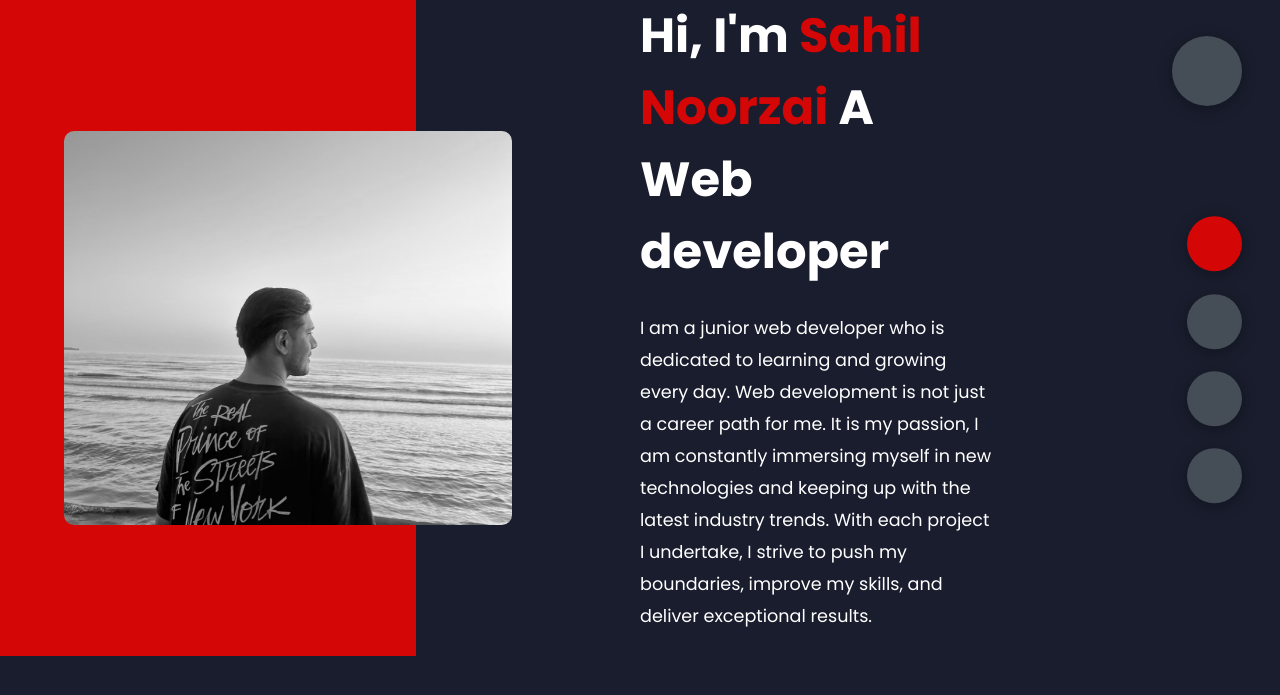
Repository: nftGambler/noorzai-portfolio
Page: index.html
The author's editor kept a copy of each file at every save. The page is drawn from the files as they stood at one save, then again after the next save.
The browser window is 1280 px wide. The pictures show the whole page.
The style sheet was rebuilt from its Sass, Less or Tailwind sources for each picture, by a compiler version that may differ from the author's.

Above is the page before, as saved 2023-11-23 21:20:26.

### index.html
<!DOCTYPE html>
<html lang="en">
<head>

  <meta name="viewport" content="width=device-width, initial-scale=1">
  <link rel="stylesheet" href="/style/styles.css">
  <link rel="preconnect" href="https://fonts.googleapis.com">
  <link rel="preconnect" href="https://fonts.gstatic.com" crossorigin>
  <link href="https://fonts.googleapis.com/css2?family=Poppins:wght@400;500;600;700;800&display=swap" rel="stylesheet">
  <meta charset="UTF-8">
  <meta http-equiv="X-UA-Compatible" content="IE=edge">
  <meta name="viewport" content="width=device-width, initial-scale=1.0">
  <title>Portfolio</title>
</head>
<body class="main-content">

<header class="section sec1 header active" id="home">
  <div class="header-content">
    <div class="left-header">
      <div class="h-shape"></div>
      <div class="image">
        <img src="/images/D34CA683-6714-454B-97C2-18B314A18C3F_1_105_c.jpeg">
      </div>


    </div>
    <div class="right-header">
  <h1 class="name">Hi, I'm <span>Sahil Noorzai</span> A Web developer</h1>
  <p>
    I am a junior web developer who is dedicated to learning and growing
    every day. Web development is not just a career path for me. It is my passion, I am constantly
    immersing myself in new technologies and keeping up with the latest industry trends.
    With each project I undertake, I strive to push my boundaries, improve my skills, and deliver exceptional results.
  </p>

    </div>
  </div>

</header>

<main>
  <section class="section sec2 about" id="about">

    <div class="main-title">
        <h2>About <span>me</span> <span class="bg-text"></span></h2>
    </div>

    <div class="about-container">
      <div class="left-about">
        <h4>Information About me</h4>
        <p>
          As a passionate front-end developer, I have embarked on an inspiring self-taught
          journey for the past 1.5 years. Motivated by deep curiosity for web development and a desire
          to expand my skillset, I have dedicated countless hours to honing my craft independently. Throughout this time,
          I have proactively sought out a diverse range of resources, online tutorials, and coding communities, which have played
          a pivotal role in shaping my expertise. From humble beginnings to successfully completing numerouse personal projects, each step
          of this transformative journey has reinforced my adaptabillity, resourcefulness, and unwavering commitment to excellence in front-end development.
        </p>

        <div class="btn-con">

        </div>

      </div>

      <div class="right-about">
        <div class="about-item">
          <div class="abt-text">
            <p class="large-text">Javascript</p>

          </div>
        </div>
        <div class="about-item">
          <div class="abt-text">
            <p class="large-text">React JS</p>

          </div>
        </div>
        <div class="about-item">
          <div class="abt-text">
            <p class="large-text">HTML/HTML5</p>

          </div>
        </div>
        <div class="about-item">
          <div class="abt-text">
            <p class="large-text">CSS/Tailwind-CSS</p>

          </div>
        </div>
      </div>

    </div>

    <div class="about-stats">
      <h4 class="stat-title">My Skills</h4>
  </section>


  <section class="section sec3 portfolio" id="portfolio">

  <div class="main-title">
      <h2>My <span>Portfolio</span><span class="bg-text"></span></h2>
  </div>
  <p class="port-text">
    Several hands-on projects from reputable online courses and tutorials.
  </p>

<div class="portfolios">



  <div class="portfolio-item">
    <div class="image">
      <img src="/images/pngwing.com-3.png" alt="">
    </div>
    <div class="hover-items">

      <h3>Project Source</h3>
      <div class="icons">
        <a class="icon" href="https://countriesrestapiproject.netlify.app" target="_blank">
          <i class="fab fa-github"></i>
        </a>
      </div>

    </div>


  </div>


  <div class="portfolio-item">
    <div class="image">
      <img src="/images/crypto.png" alt="">
    </div>
    <div class="hover-items">

      <h3>Project Source</h3>
      <div class="icons">
        <a class="icon" href="https://crypto-project-portfolio.netlify.app" target="_blank">
          <i class="fab fa-github"></i>
        </a>
      </div>

    </div>


  </div>





  <div class="portfolio-item">
    <div class="image">
      <img src="/images/6831872.png" alt="">
    </div>
    <div class="hover-items">

      <h3>Project Source</h3>
      <div class="icons">
        <a class="icon" href="https://nftgambler.github.io/Game/" target="_blank">
          <i class="fab fa-github"></i>
        </a>
      </div>

    </div>


  </div>


  <div class="portfolio-item">
    <div class="image">
      <img src="/images/pngwing.com (1).png" alt="">
    </div>
    <div class="hover-items">

      <h3>Project Source</h3>
      <div class="icons">
        <a class="icon" href="https://amazon-portfolio-project.netlify.app/" target="_blank">
          <i class="fab fa-github"></i>
        </a>
      </div>

    </div>


  </div>


  <div class="portfolio-item">
    <div class="image">
      <img src="/images/youtube-logo-png-2067.png" alt="">
    </div>
    <div class="hover-items">

      <h3>Project Source</h3>
      <div class="icons">
        <a class="icon" href="https://youtube-portfolio-project.netlify.app" target="_blank">
          <i class="fab fa-github"></i>
        </a>
      </div>

    </div>


  </div>




  <div class="portfolio-item">
    <div class="image">
      <img src="/images/icons8-pair-app-500.png" alt="">
    </div>
    <div class="hover-items">

      <h3>Project Source</h3>
      <div class="icons">
        <a class="icon" href="https://small-api-project.netlify.app" target="_blank">
          <i class="fab fa-github"></i>
        </a>
      </div>

    </div>


  </div>
</div>


  </section>


  <section class="section sec5 contacts" id="contact">

    <div class="contact-container">
      <div class="main-title">
        <h2>Contact<span>Me</span><span class="bg-text"></span></h2>
      </div>
      <div class="contact-content-container">
        <div class="left-contact">

          <div class="contact-info">
            <div class="contact-item">
              <div class="icon">
                <i class="fas fa-envelope"></i>
                <span>Email</span>
              </div>
              <p>
                <span>sharo.s.n@hotmail.com</span>
              </p>
            </div>

            <div class="contact-item">
              <div class="icon">
                <i class="fas fa-user-graduate"></i>
                <span>Mobile Number</span>
              </div>
              <p>
                <span>438-528-6982</span>
              </p>
            </div>


            <div class="contact-item">
              <div class="icon">
                <i class="fas fa-map-marker-alt"></i>
                <span>Location</span>
              </div>
              <p>
                <span>
                  Montreal, Canada
                </span>
              </p>
            </div>


            <div class="contact-item">
              <div class="icon">
                <i class="fa-solid fa-globe"></i>
                <span>Languages</span>
              </div>
              <p>
                <span>
                  German, Persian, English
                </span>
              </p>
            </div>
          </div>



        </div>



          <div class="right-contact">

            <form action="mailto:sharo.s.n@hotmail.com" method="post" enctype="text/plain">
              <div class="form-group">
                <label for="name">Name:</label>
                <input class="input-control" type="text" id="name" name="name" required>
              </div>
              <div class="form-group">
                <label for="email">Email:</label>
                <input class="input-control" type="email" id="email" name="email" required>
              </div>
              <div class="form-group">
                <label for="message">Message:</label>
                <textarea class="input-control" id="message" name="message" rows="4" required></textarea>
              </div>
              <button class="submit-btn" type="submit">Send</button>
            </form>
          </div>




      </div>

    </div>

  </section>


</main>


<div class="controlls">
  <div class="control control-1 active-btn" data-id="home">
    <i class="fas fa-house"></i>
  </div>
  <div class="control control-2" data-id="about">
    <i class="fas fa-user"></i>
  </div>
  <div class="control control-3" data-id="portfolio">
    <i class="fas fa-briefcase"></i>
  </div>
  <div class="control control-5" data-id="contact">
    <i class="fas fa-envelope-open"></i>
  </div>
</div>

<div class="theme-btn">
  <i class="fas fa-adjust"></i>
</div>




<script src="/app.js"></script>
</body>
</html>

### app.js
const sections = document.querySelectorAll(".section");
const sectBtns = document.querySelectorAll(".controlls");
const allSections = document.querySelectorAll(".main-content");

function PageTransition() {
  // Button click active class
  const sectBtn = document.querySelectorAll(".control");

  for (let i = 0; i < sectBtn.length; i++) {
    sectBtn[i].addEventListener('click', function(){
      let currentBtn = document.querySelector('.active-btn');
      if (currentBtn) {
        currentBtn.classList.remove('active-btn');
      }
      this.classList.add('active-btn');
    });

  }

  allSections.forEach((section) => {
    section.addEventListener('click', (e) => {
      const id = e.target.dataset.id;
      if (id) {
        sectBtns.forEach((btn) => {
          btn.classList.remove('active');
        });
        e.target.classList.add('active');

        sections.forEach((section) => {
          section.classList.remove('active');
        });
        const element = document.getElementById(id);
        element.classList.add('active');
      }
    });
  });
  //Toggle theme
  const themeBtn = document.querySelector('.theme-btn');
  themeBtn.addEventListener('click', () => {
    let element = document.body;
    element.classList.toggle('light-mode')
  })
}

PageTransition();

### style/styles.scss


* {
  margin: 0;
  padding: 0;
  box-sizing: border-box;
  list-style: none;
}


:root {
  --color-primary: #191d2d;
  --color-secondary: #d50606;
  --color-white: #FFFFFF;
  --color-black: #000;
  --color-grey0: #f8f8f8;
  --color-grey-1: #dbe1e8;
  --color-grey-2: #b2becd;
  --color-grey-3: #6c7983;
  --color-grey-4: #454e56;
  --color-grey-5: #2a2e35;
  --color-grey-6: #12181b;
  --br-sm-2: 14px;
  --box-shadow-1: 0 3px 15px rgba(0,0,0,.3)
}

.light-mode{
  --color-primary: white;
  --color-secondary: #d50606;
  --color-white: #454e56;
  --color-black: #000;
  --color-grey0: #f8f8f8;
  --color-grey-1: #454e56;
  --color-grey-2: #b2becd;
  --color-grey-3: #6c7983;
  --color-grey-4: rgb(135, 152, 172);
  --color-grey-5:  #b2becd;
  --color-grey-6: #12181b;
}



body {
  background-color: var(--color-primary);
  font-size: 1.1rem;
  font-family: 'Poppins', sans-serif;
  color: var(--color-white);
  transition: all .4s ease-in-out;
}

a{
  display: inline-block;
  text-decoration: none;
  color: inherit;
  font-family: inherit;
}

header {
  min-height: 100vh;
  color: var(--color-white);
  overflow: hidden;
}

section {
  min-height: 100vh;
  width: 100%;
  position: absolute;
  left: 0;
  top: 0;
  padding: 3rem 18rem;
}


.section{
  transform: translateY(-100);
  transition: all .4s ease-in-out;
  background-color: var(--color-primary);
}

.sec1{
  display: none;
  transform: translateY(0) scale(1);

}

.sec2{
  display: none;
  transform: translateY(0) scale(1);
}

.sec3{
  display: none;
  transform: translateY(0) scale(1);
}

.sec4{
  display: none;
  transform: translateY(0) scale(1);
}

.sec5{
  display: none;
  transform: translateY(0) scale(1);
}

.active{
  display: block;
  animation: scaleAnim 1s ease-in-out;
  @keyframes scaleAnim {
    0%{
      transform: translateY(-100%) scale(0)
    }

     100%{
      transform: translateY(0) scaleY(1);
     }

  }
}


//controls

.controlls{
  position: fixed;
  z-index: 10;
  top: 50%;
  right: 3%;
  display: flex;
  flex-direction: column;
  align-items: center;
  justify-content: center;
  transform: translateY(-50%);



  .active-btn{
    background-color: var(--color-secondary) !important;
    transition: all .4s ease-in-out;
    i{
      color: var(--color-white) !important;
    }
  }

  .control {
    padding: 1rem;
    cursor: pointer;
    background-color: var(--color-grey-4);
    width: 55px;
    height: 55px;
    border-radius: 50%;
    display: flex;
    justify-content: center;
    align-items: center;
    margin: .7rem 0;
    box-shadow: var(--box-shadow-1);
    i{
      font-size: 1.2rem;
      color: var(--color-grey-2);
      pointer-events: none;
    }
  }
}


.theme-btn{
top: 5%;
right: 3%;
width: 70px;
height: 70px;
border-radius: 50%;
background-color: var(--color-grey-4);
cursor: pointer;
position: fixed;
display: flex;
justify-content: center;
align-items: center;
box-shadow: 0 3px 15px rgba(0,0,0,.3);
transition: all .1s ease-in-out;
&:active{
  transform: translateY(-5px);
}
i{
  font-size: 1.4rem;
  color: var(--color-grey-2);
  pointer-events: none;
}
}




.header-content {
  display: grid;
  grid-template-columns: repeat(2, 1fr);
  min-height: 100%;
  .left-header {
    display: flex;
    align-items: center;
    position: relative;
    .h-shape {
      transition: all .4s ease-in-out;
      width: 65%;
      height: 100%;
      background-color: var(--color-secondary);
      position: absolute;
      left: 0;
      top: 0;
      z-index: -1;
      // clip-path: polygon(0 0, 56% 0, 76% 100%, 18% 100%);


    }
    .image {
      border: var(--br-sm-2);
      height: 60%;
      width: 70%;
      margin-left: 4rem;
      // background-color: var(--color-black);
      transition: all .4s ease-in-out;
      border-radius: 10px;
      img {
        width: 100%;
        height: 100%;
        object-fit: cover;
        transition: all .4s ease-in-out;
        border-radius: 10px;


        filter: grayscale(100%);
        &:hover {
          filter: grayscale(0);
        }
      }
    }
  }


  .right-header {
    display: flex;
    flex-direction: column;
    justify-content: center;
    padding-right: 18rem;
    .name {
      font-size: 3rem;

      span{
        color: var(--color-secondary);
      }
    }
    p{
      margin: 1.5rem 0;
      line-height: 2rem;
    }
  }
}



//About

.about-container{
  display: grid;
  grid-template-columns: repeat(2, 1fr);
  padding-top: 3.5rem;
  padding-bottom: 5rem;
  .right-about {
    display: grid;
    grid-template-columns: repeat(2, 1fr);
    grid-gap: 2rem;
    .about-item {
      border: 1px solid var(--color-grey-5);
      border-radius: 5px;
      transition: all .4s ease-in-out;
      box-shadow: 1px 2px 15px rgba(0,0,0,.1);
      &:hover {
        cursor: default;
        transform: translateY(-5px);
        border: 1px solid var(--color-secondary);
        box-shadow: 1px 2px 15px rgba(0,0,0,.32);

      }
      .abt-text{
        padding: 1.5rem;
        display: flex;
        flex-direction: column;
        .large-text{
          margin: auto;
          font-size: 2.5rem;
          font-weight: 700;
          color: var(--color-secondary);
        }
        .small-text{
          padding-left: 3rem;
          position: relative;
          text-transform: uppercase;
          font-size: 1.2rem;
          color: var(--color-grey-1);
          letter-spacing: 2px;
          &::before{
            content: '';
            position: absolute;
            left: 0;
            top: 15px;
            width: 2rem;
            height: 2px;
            background-color: var(--color-grey-5);
          }
        }
      }
    }
  }


  .left-about{
    padding-right: 5rem;
    p{
      line-height: 2rem;
      padding: 1rem;
      color: var(--color-grey-1);
    }
    h4{
      font-size: 2rem;
      text-transform: uppercase;
    }
  }
}


.stat-title {
  text-transform: uppercase;
  font-size: 1.4rem;
  text-align: center;
  padding: 3.5rem 0;
  position: relative;
  // gray line
  &::before{
    content: '';
    position: absolute;
    left: 50%;
    top: 0;
    width: 40%;
    height: 1px;
    background-color: var(--color-grey-5);
    transform: translateX(-50%);
  }
}







//Contact section

.contact-content-container {

  display: flex;
  padding-top: 3.5rem;
  flex-direction: column;
  .left-contact {
    flex: 2;
    h4{
      margin-top: 1rem;
      font-size: 2rem;
      text-transform: uppercase;
    }
    p {
      margin: 1rem 0;
      line-height: 2rem;
    }

    .contact-info{
      .contact-item{
        display: flex;
        align-items: center;
        justify-content: space-between;


        p{
          margin: .3rem 0 !important;
          padding: 0 !important;
        }
        .icon{
          display: grid;
          grid-template-columns: 40px 1fr;
          i{
            display: flex;
            align-items: center;
            font-size: 1.3rem;
          }
        }
      }
    }
    .contact-icon{
      display: flex;
      margin: 2rem;

    }
  }

  .right-contact {
    display: flex;
    flex-direction: column;
    max-width: 500px;
    margin-top: 10rem;


    .input-control {

      background-color: var(--color-grey-5);
      border: none;
      border-radius: 30px;
      font-weight: inherit;
      font-size: inherit;
      font-family: inherit;
      padding: .8rem 1.1rem;
      outline: none;
      width: 100%;
      color: var(--color-white);
      resize: none;
    }
  }

  .submit-btn{

        display: flex;
        justify-content: flex-start;
        padding: .4rem 2rem;
        border-radius: 20px;
        border: none;
        background-color: var(--color-grey-5);
        color: white;
      }



}









/*Independent components*/
.btn-con{
  display: flex;
  align-self: flex-start;
}
.main-btn {
  border-radius: 30px;
  color: inherit;
  font-weight: 600;
  position: relative;
  border: 1px solid var(--color-secondary);
  display: flex;
  align-self: flex-start;
  align-items: center;
  overflow: hidden;
  .btn-text {
    padding: 0 2rem;
  }
  .btn-icon{
    background-color: var(--color-secondary);

    display: flex;
    align-items: center;
    justify-self: center;
    border-radius: 50%;
    padding: 1rem;
  }


  .submit-button{
    background-color: transparent;
    color: white;
    border: none;
  }

  &::before{
    content: '';
    position: absolute;
    top: 0;
    right: 0;
    transform: translateX(100%);
    transition: all .4s ease-in-out;
    z-index: -1;
  }

  &:hover{
    &::before{
      width: 100%;
      height: 100%;
      background-color: var(--color-secondary);
      transform: translateX(0);
    }
  }
}


.main-title {
  text-align: center;
  h2{
    position: relative;
    text-transform: uppercase;
    font-size: 4rem;
    font-weight: 700;

    span{
      color: var(--color-secondary);
    }

    .bg-text{
      position: absolute;
      top: 50%;
      left: 50%;
      color: var(--color-grey-5);
      transition: all .4s ease-in-out;
      z-index: -1;
      transform: translate(-50%, -50%);
      font-weight: 800;
      font-size: 6.3rem;
    }

  }
}




.port-text{
  padding: 2rem 0;
  text-align: center;
  color: var(--color-grey-3);
}

.portfolios{
  display: grid;
  grid-template-columns: repeat(3, 1fr);
  grid-gap: 2rem;
  margin-top: 3rem;
  .portfolio-item{
    position: relative;
    img{
      width: 80%;
      height: 100%;
      object-fit: cover;
    }
    .hover-items{
      width: 100%;
      height: 100%;
      background-color: var(--color-secondary);
      position:absolute;
      left: 0;
      top: 0;
      border-radius: 15px;
      display: flex;
      justify-content: center;
      align-items: center;
      flex-direction: column;
      //to change the background to default
      opacity: 0;
      transform: scale(0);
      transition: all .4s ease-in-out;
      h3{
        font-size: 1rem;
        margin-bottom: 1rem;
        color: var(--color-white);
      }
      .icons {
        display: flex;
        justify-content: center;
        align-items: center;
        .icon{
          background-color: var(--color-primary);
          border-radius: 50%;
          width: 50px;
          height: 50px;
          display: flex;
          align-items: center;
          justify-content: center;
          margin: 0 1rem;
          cursor: pointer;
          transition: all .4s ease-in-out;

          i{
            font-size: 1rem;
            color: var(--color-white);
            margin: 0 1rem;
          }
          &:hover {
            background-color: var(--color-white);
            i{
              color: var(--color-primary);
            }
          }
        }


      }
    }
  }
}


.portfolio-item:hover .hover-items{
  opacity: 1;
  transform: scale(1);
}

@import './media';

### style/_media.scss

@media screen and (max-width: 600px) {

  .about-container{


    .right-about{
      padding-top: 2.5rem;
      grid-template-columns: 1fr;
    }

    .left-about{
      padding-right: 0;
      p{
        padding-left: 0;

      }
    }
  }

}

@media screen and (max-width: 900px){
  header{
    padding: 0;
  }
  header .right-header{
    padding: 2rem !important;
  }

.theme-btn{
  width: 50px;
  height: 50px;
}

.header-content {
  grid-template-columns: 1fr;
  padding-bottom: 6rem;
}

.left-header{
  .h-shape{
    display: none;
  }
}

.right-header{
  grid-row: 1;
  width: 90%;
  margin: 0 auto;
  .name{
    font-size: 2.5rem !important;
  }
}

.header-content .left-header .image {
  margin: 0 auto;
  width: 90%;
  height: 100%;
}

.about-container{
  grid-template-columns: 1fr;
  .right-about{
    padding-top: 2.5rem;
  }

  .left-about{
    padding-right: 0;
    p{
      padding-left: 0;
    }
  }
}

.about-stats{
  .progress-bars{
    grid-template-columns: 1fr;
  }
}

.portfolios{
  grid-template-columns: 1fr 1fr;
  padding-bottom: 2rem;

}


.contact-content-container{

  flex-direction: column;
  .right-contact{
    margin-left: 0;
    margin-top: 2.5rem;
  }
}


.section{
  padding: 2rem 2.5rem !important;
}

.main-title{
  h2{
    font-size: 2rem;
    span{
      font-size: 1.5rem;
    }
    .bg-text{
      font-size: 3rem;
    }
  }
}


  .controlls{
    top: auto;
    bottom: 0;
    flex-direction: row;
    justify-content: center;
    left: 50%;
    transform: translateX(-50%);
    width: 100%;
    background-color: var(--color-grey-5);
    .control{
      margin: 1rem .3rem;
    }
  }
}





@media screen and (max-width: 1900px){

  .about-container{
    grid-template-columns: 1fr;
    .right-about{
      padding-top: 2.5rem;

    }

    .left-about{
      padding-right: 0;
      p{
        padding-left: 0;
      }
    }
  }

  .about-stats{
    .progress-bars{
      grid-template-columns: 1fr;
    }
  }



  .main-title{
    h2{
      font-size: 1rem;

      span{
        font-size: 2rem;
      }
      .bg-text{
        display: none;
      }
    }
  }



.contact-content-container{
  flex-direction: column;

  .right-contact{
    margin-left: 0;
    margin-top: 2.5rem;

  }
}

}

After the next save:
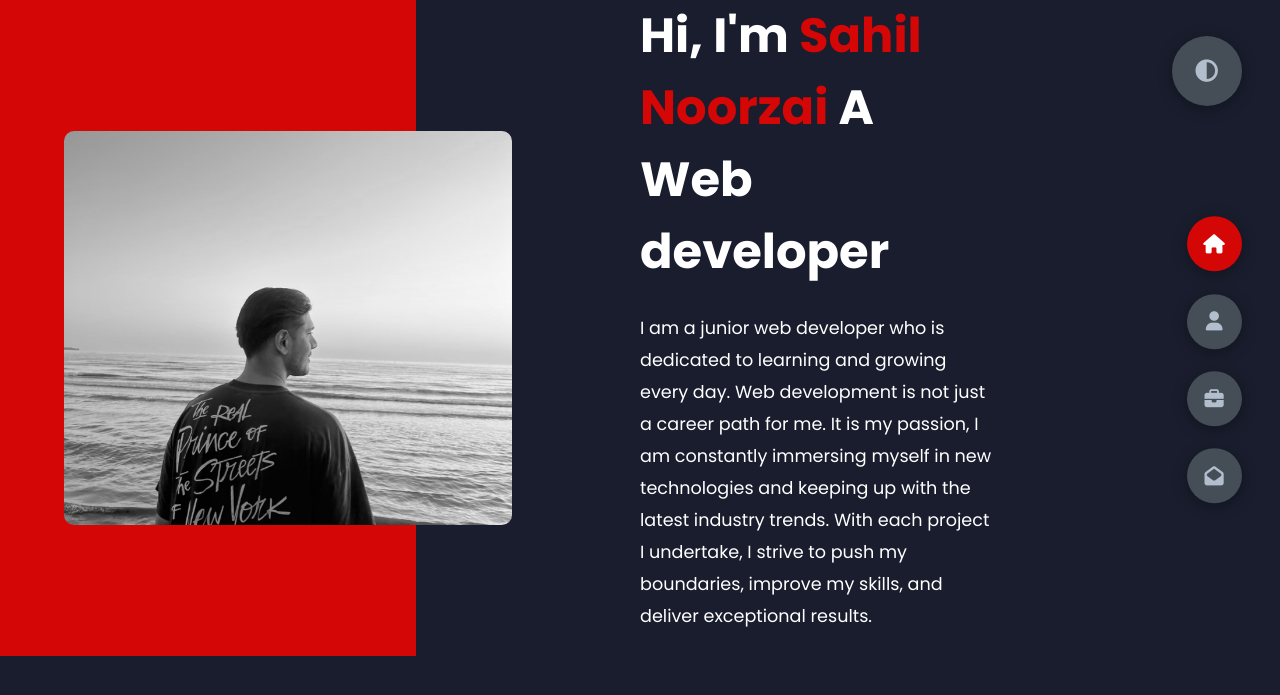
Saved 25 s later.
--- a/index.html
+++ b/index.html
@@ -2,7 +2,9 @@
 <html lang="en">
 <head>
 
-  <meta name="viewport" content="width=device-width, initial-scale=1">
+
+
+  <link rel="stylesheet" href="https://cdnjs.cloudflare.com/ajax/libs/font-awesome/6.4.0/css/all.min.css" integrity="sha512-iecdLmaskl7CVkqkXNQ/ZH/XLlvWZOJyj7Yy7tcenmpD1ypASozpmT/E0iPtmFIB46ZmdtAc9eNBvH0H/ZpiBw==" crossorigin="anonymous" referrerpolicy="no-referrer">
   <link rel="stylesheet" href="/style/styles.css">
   <link rel="preconnect" href="https://fonts.googleapis.com">
   <link rel="preconnect" href="https://fonts.gstatic.com" crossorigin>
@@ -349,7 +351,7 @@
 
 
 
-
+<script src="https://cdn.jsdelivr.net/npm/bootstrap@5.3.2/dist/js/bootstrap.bundle.min.js"></script>
 <script src="/app.js"></script>
 </body>
 </html>
